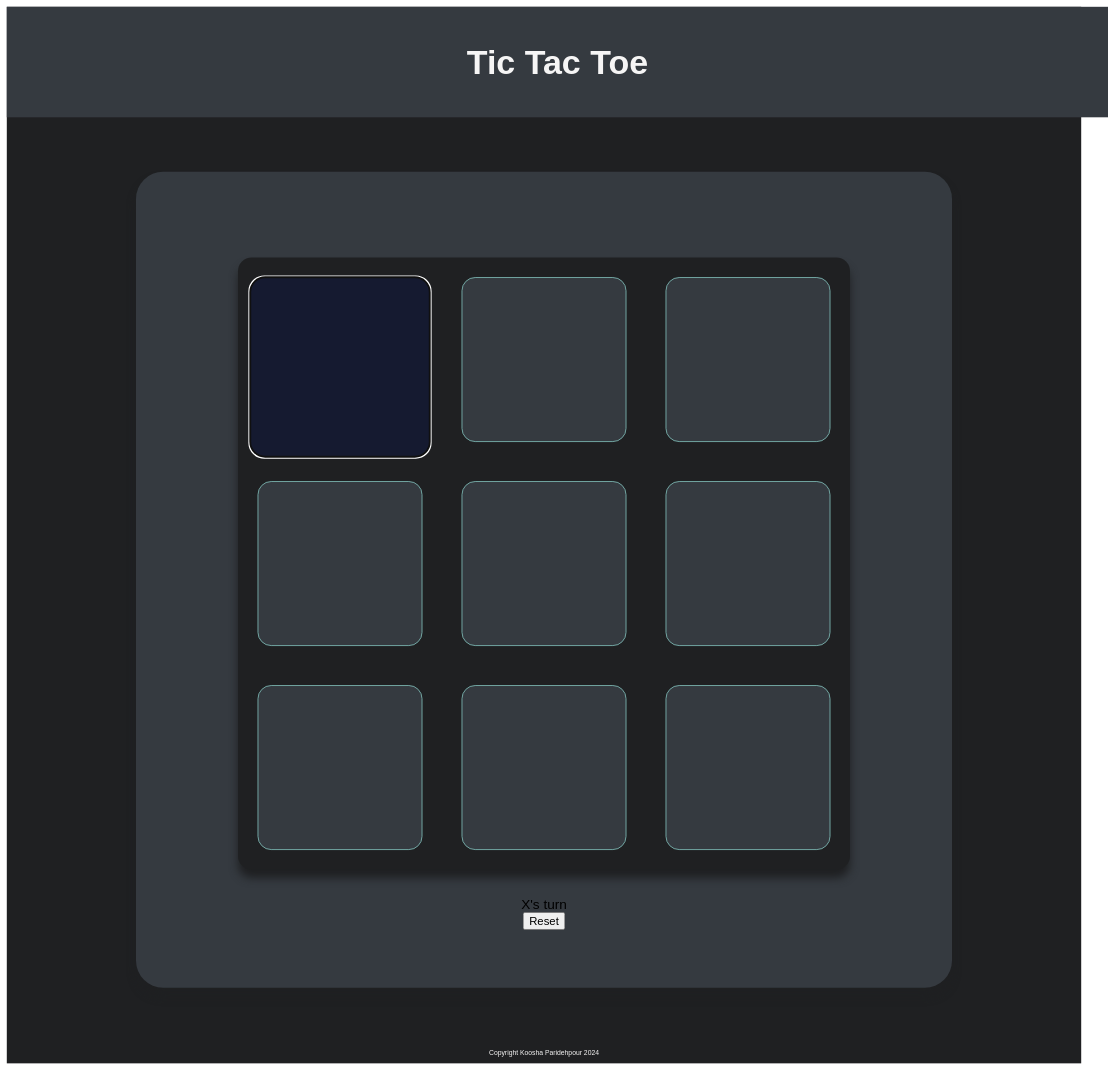
Repository: KooshaPari/odin-TTT
Page: index.html
An editor plug-in stored every save of this project. The page is shown before and after the next save, followed by the edit.
The browser window is 1280 px wide. The page is 1304 px wide, so the pictures cover 1304 px, including what lies to the right of the window. The pictures show the whole page, at 85% of full size.
The first visible `.square` has the focus.

Above is the page before, as saved 2024-03-14 23:09:34.

After the next save:
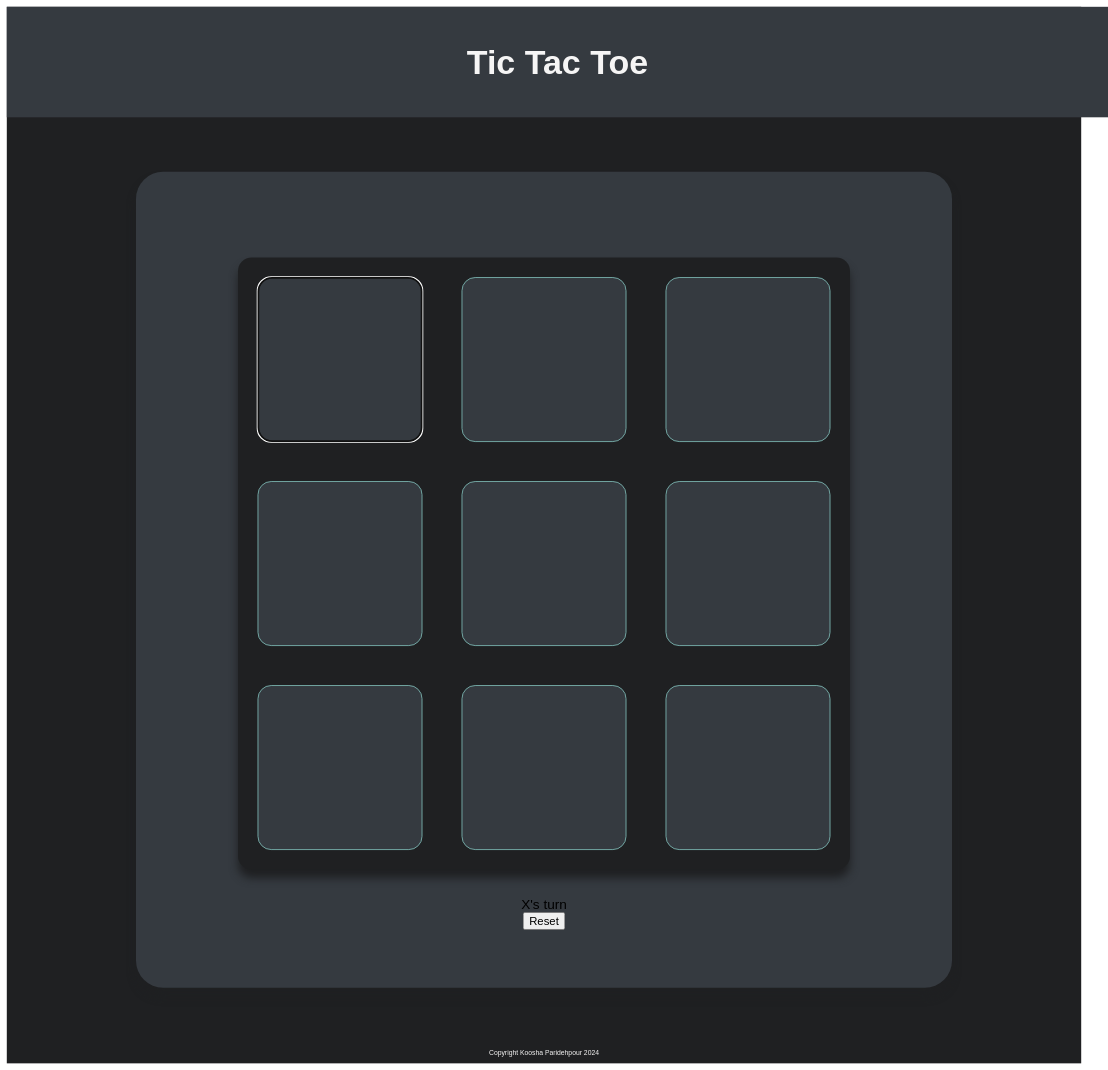
Saved 30 s later.
--- a/style.css
+++ b/style.css
@@ -139,7 +139,7 @@
   -ms-transform: scale(1.05) translate(0, -0.5em);
   -o-transform: scale(1.05) translate(0, -0.5em);
 }
-.square:focus {
+.square:active {
   transform: scale(1.1) translate(0, 0.5em);
   background-color: #151a30;
   transition:0.2s ease-in-out;
@@ -147,4 +147,8 @@
   -moz-transition:0.2s ease-in-out;
   -ms-transition:0.2s ease-in-out;
   -o-transition:0.2s ease-in-out;
+  -webkit-transform: scale(1.1) translate(0, 0.5em);
+  -moz-transform: scale(1.1) translate(0, 0.5em);
+  -ms-transform: scale(1.1) translate(0, 0.5em);
+  -o-transform: scale(1.1) translate(0, 0.5em);
 }
